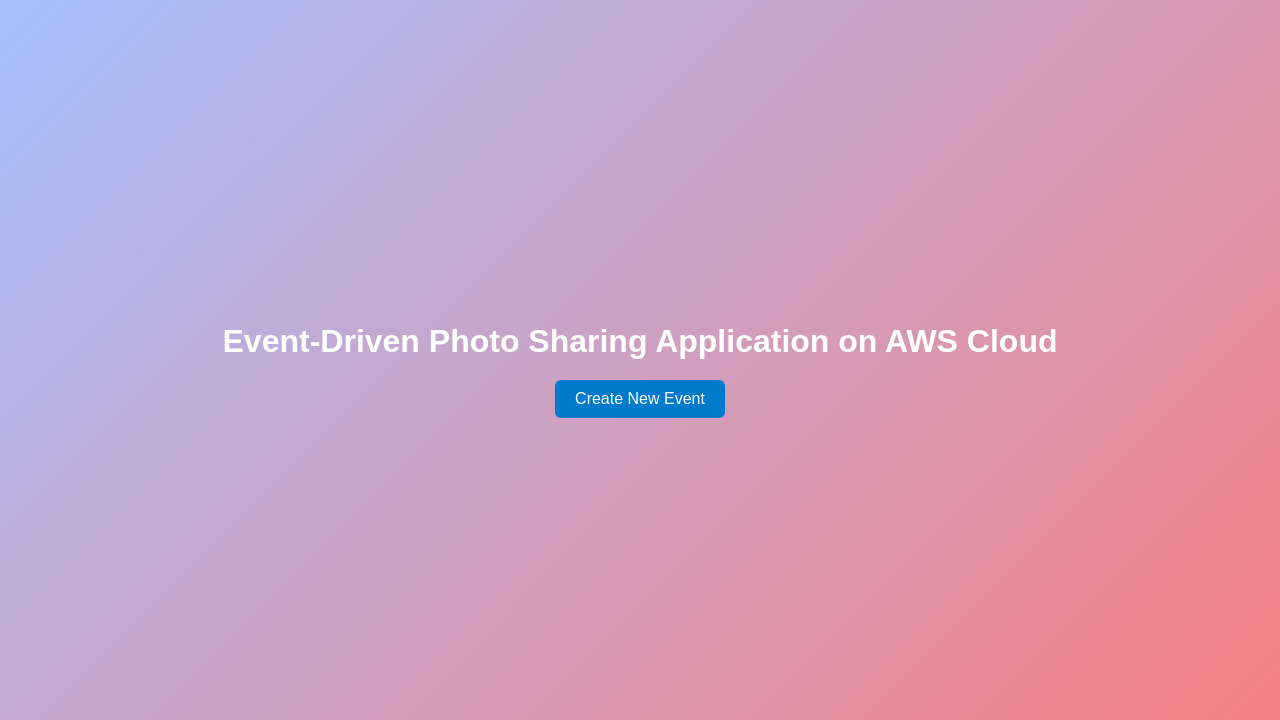
Repository: manya789537/Cloud_Project
Page: index.html
The author's editor kept a copy of each file at every save. The page is drawn from the files as they stood at one save, then again after the next save.
The browser window is 1280 px wide. The pictures show the whole page.

Above is the page before, as saved 2024-11-21 14:12:28.

After the next save:
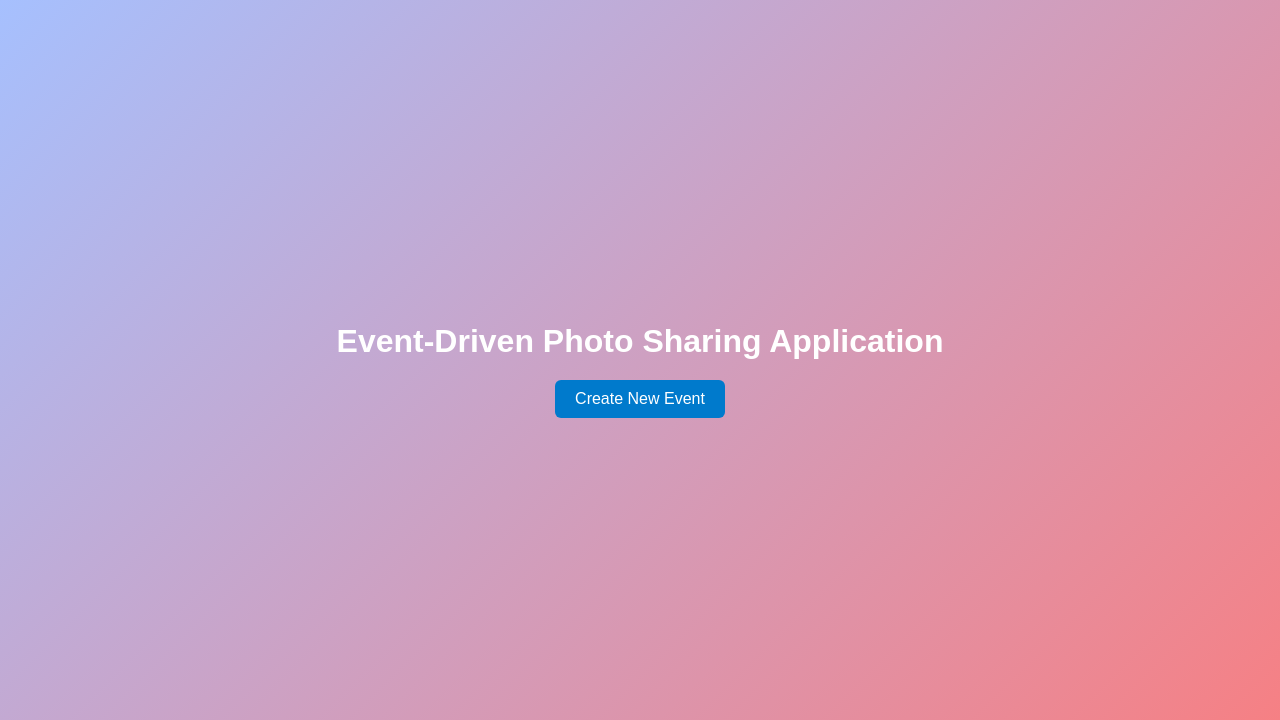
Saved 62 s later.
--- a/index.html
+++ b/index.html
@@ -109,7 +109,7 @@
     </style>
 </head>
 <body>
-    <h1>Event-Driven Photo Sharing Application on AWS Cloud</h1>
+    <h1>Event-Driven Photo Sharing Application</h1>
     <button class="show-button" onclick="toggleForm()">Create New Event</button>
 
     <div class="container" id="formContainer">
